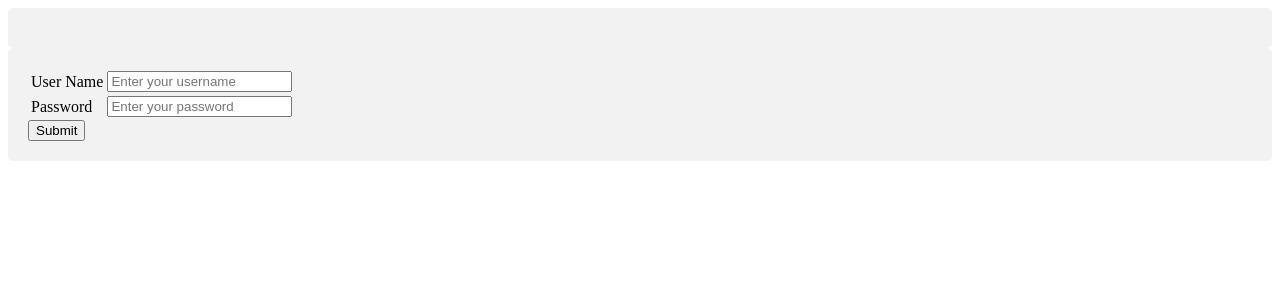
Repository: IT20643218/Employee-Management-System-OOP-Project-20-Y2S2
Page: http://localhost/EmployeeDemo/login.jsp
These files come from the project's save history. The page is drawn as it stood at one moment and after the next save; the edit follows.
The browser window is 1280 px wide. The pictures show the whole page.
The page is served by Tomcat 9. Nobody is signed in. The application's start-up code is not run. Other server files are loaded and not shown.

Above is the page before, as saved 2021-09-30 13:07:21.

### Java_Project/EmployeeDemo/src/main/webapp/login.jsp
<%@ page language="java" contentType="text/html; charset=ISO-8859-1"
    pageEncoding="ISO-8859-1"%>
<!DOCTYPE html>
<html>
<head>
<meta charset="ISO-8859-1">
<title>Insert title here</title>
</head>
<link rel="stylesheet" href="style1.css">
<style>

</style>
<body>
<div id="bg"></div>

<div>
	<form action="log" method="post">
	<table>
	<tr>
		<td>User Name</td>
		<td><input type="text" name="uid" placeholder="Enter your username" ></td>
	</tr>

	<tr>
		<td>Password</td>
		<td><input type="password" name="pass" placeholder="Enter your password" ></td>
	</tr>
	</table>


	<input class="ab" type="submit" name="submit" value="Submit">


	</form>
</div>
</body>
</html>

### Java_Project/EmployeeDemo/src/main/webapp/exstyle/style1.css
@charset "ISO-8859-1";
div {
  border-radius: 5px;
  background-color: #f2f2f2;
  padding: 20px;
}

After the next save:
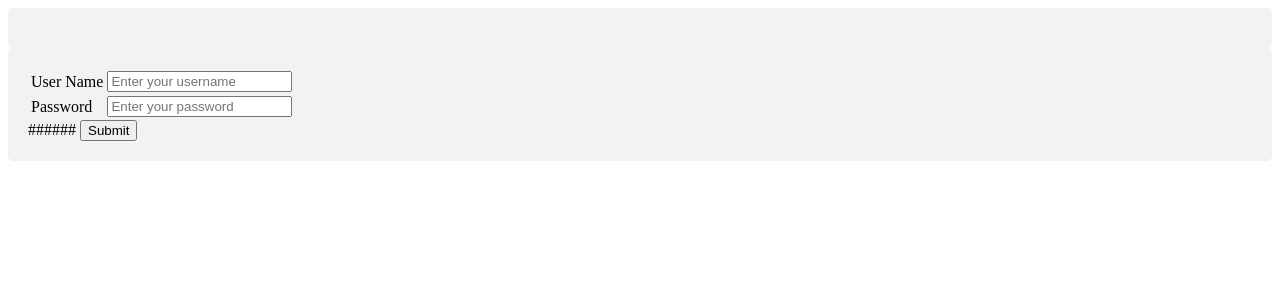
Saved 6 min 36 s later.
--- a/Java_Project/EmployeeDemo/src/main/webapp/login.jsp
+++ b/Java_Project/EmployeeDemo/src/main/webapp/login.jsp
@@ -27,7 +27,7 @@
 	</tr>
 	</table>
 
-
+	<td>######</td>
 	<input class="ab" type="submit" name="submit" value="Submit">
 
 

After the save that followed:
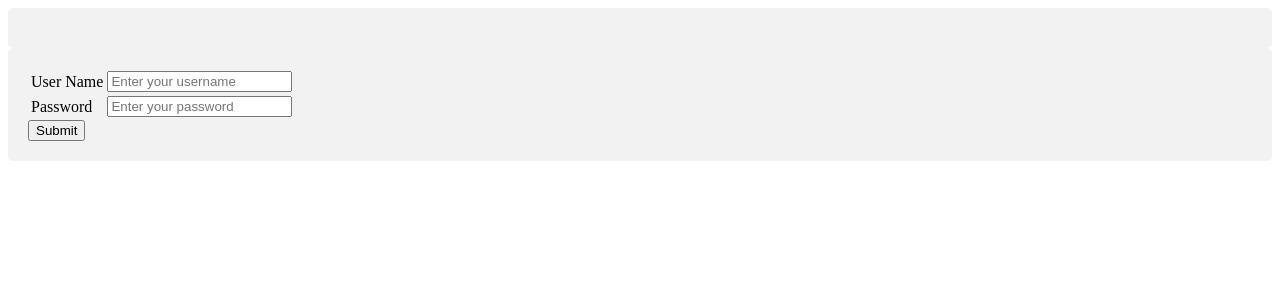
Saved 14 s later.
--- a/Java_Project/EmployeeDemo/src/main/webapp/login.jsp
+++ b/Java_Project/EmployeeDemo/src/main/webapp/login.jsp
@@ -27,7 +27,7 @@
 	</tr>
 	</table>
 
-	<td>######</td>
+
 	<input class="ab" type="submit" name="submit" value="Submit">
 
 
